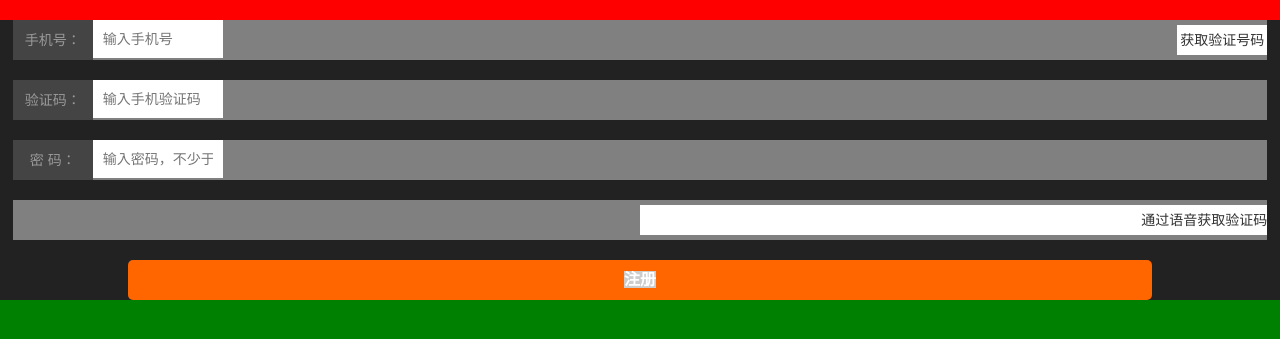
Repository: wangxinjun08231116/Html5Views
Page: WangXinJun/WebContent/htmls/QCF/ZhuCe.html
The author's editor kept a copy of each file at every save. The page is drawn from the files as they stood at one save, then again after the next save.
The browser window is 1280 px wide. The pictures show the whole page.

Above is the page before, as saved 2015-01-22 06:21:38.

### WangXinJun/WebContent/htmls/QCF/ZhuCe.html
<!DOCTYPE HTML>
<html>
<head>
<meta http-equiv="Content-Type" content="text/html; charset=utf-8">
<title>test</title>
 <link href="/WangXinJun/css/QCF/ZhuCe.css" rel="stylesheet" type="text/css"/>
 <style type="text/css">
	.topmargin {
		margin-top: 0px;
	}
</style>

</head>


<body>
<!-- div 默认有高度为0 ，body是有最小高度的 ， html 是整个页面的高度 -->
<div class="page" >
	  <div class="phoneNumberDiv" >
	 			    <p class="text-pan"> 手机号： </p>
	                <input id="verifyCode" class="text-box" type="tel" maxlength="4" placeholder="输入手机号" data-value="输入手机号" onkeyup="checkfade2(this)">
	                <a class="yanZhengBt">获取验证号码</a>
	  </div>

	   <div class="yanZhengNumberDiv" >
	   	 	 <p class="text-pan"> 验证码： </p>
              <input id="verifyCode" class="text-box" type="tel" maxlength="4" placeholder="输入手机验证码" data-value="输入手机验证码" onkeyup="checkfade2(this)">
	  </div>

	  <div class="passwordNumberDiv" >
	  	   	 	 <p class="text-pan"> 密 码： </p>
                 <input id="verifyCode" class="text-box" type="tel" maxlength="4" placeholder="输入密码，不少于6位" data-value="输入密码，不少于6位" onkeyup="checkfade2(this)">
	  </div>
	  <div  class="passwordNumberDiv">
	  		<p class="yuyinYanZhengPan"> 通过语音获取验证码 </p>
	  </div>

	 <div  class="zhuCeDiv">
			<a class="zhuCeA"> 注册 </a>
	  </div>




<!--

      <div class="phoneNumber" >

	  </div>
	  <div class="yanZhengNumber" >

	  </div>

  -->

</div>

</body>
</html>

### WangXinJun/WebContent/css/QCF/ZhuCe.css
* {margin:0;padding:0;}
html{
	background-color:green;
}

body {
    background-color: #f0f0f0;
    font-size: 12px;
   	width:100%;
	background-color:red;
	/*内边距20  */
	padding-top:20px;


}
/*自己的尺寸，对齐中的元素进行计算，但是不计算最后的元素的下边距  */
.page {
	width:100%;
    background-color: #222;
    color: #333;
    font-family: "Microsoft Yahei","Simsun",Helvetica,Arial,sans-serif;
}
.phoneNumberDiv{
	height:40px;
	width:98%;
    background-color:gray;
    /*不可设置，margin:20px auto;不然body会下来。
      第一行设置有问题。
     */
	margin:0px auto;
    /* 上下外边距20px,左右自动适应，居中。 */
}

.yanZhengNumberDiv{
    font-size: 12px;
	height:40px;
	width:98%;
    background-color:gray;
    /* 上下外边距20px,左右自动适应，居中。 */
	margin:20px auto;
}
.yanZhengBt{
	/*不是自动布局了，有尺寸，有位置了  */
	float: right;
	height:30px;
	font-size: 14px;
	line-height:30px;
	width:90px;
    background-color:white;
    /* 上下外边距20px,左右自动适应，居中。 */
	margin-left:10px;
	margin-top:5px;
	vertical-align:middle;
	text-align:center;
}
.yuyinYanZhengPan{
	float: right;
	height:30px;
	font-size: 14px;
	line-height:30px;
	width:50%;
    background-color:white;
    /* 上下外边距20px,左右自动适应，居中。 */
	margin-left:10px;
	margin-top:5px;
	text-align:right;
}


.passwordNumberDiv{
	height:40px;
	width:98%;
    background-color:gray;
    /* 上下外边距20px,左右自动适应，居中。 */
	margin:20px auto;
}

.text-pan {
	float:left;
    color: #999;
    background-color: #444;
    font-size: 14px;
    width: 80px;
    height: 40px;
    line-height:40px;
   	text-align:center;


}
.text-box {
	float:left;
    border: medium none;
    color: #999;
    background-color: #fff;
    font-size: 14px;
    height: 38px;
    width: 110px;
    padding: 0 10px;
}
/*注册  */

.zhuCeDiv{
	width : 80%;
	height : 40px;
	line-height: 40px;
	background-color: #f60;
    border-radius: 5px;
    color: #fff;
    font-size: 16px;
    font-weight: bold;
    text-align: center;
    /* 上下外边距20px,左右自动适应，居中。 */
	margin:20px auto;

}

.zhuCeA{
	background-color: #ccc;
}

After the next save:
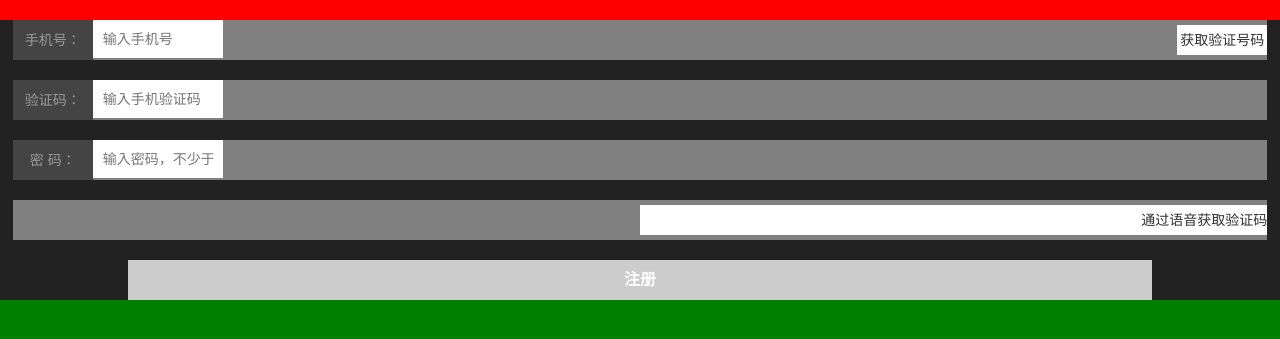
Saved 2 min 25 s later.
--- a/WangXinJun/WebContent/css/QCF/ZhuCe.css
+++ b/WangXinJun/WebContent/css/QCF/ZhuCe.css
@@ -116,4 +116,5 @@ body {
 
 .zhuCeA{
 	background-color: #ccc;
+    display: block;
 }
